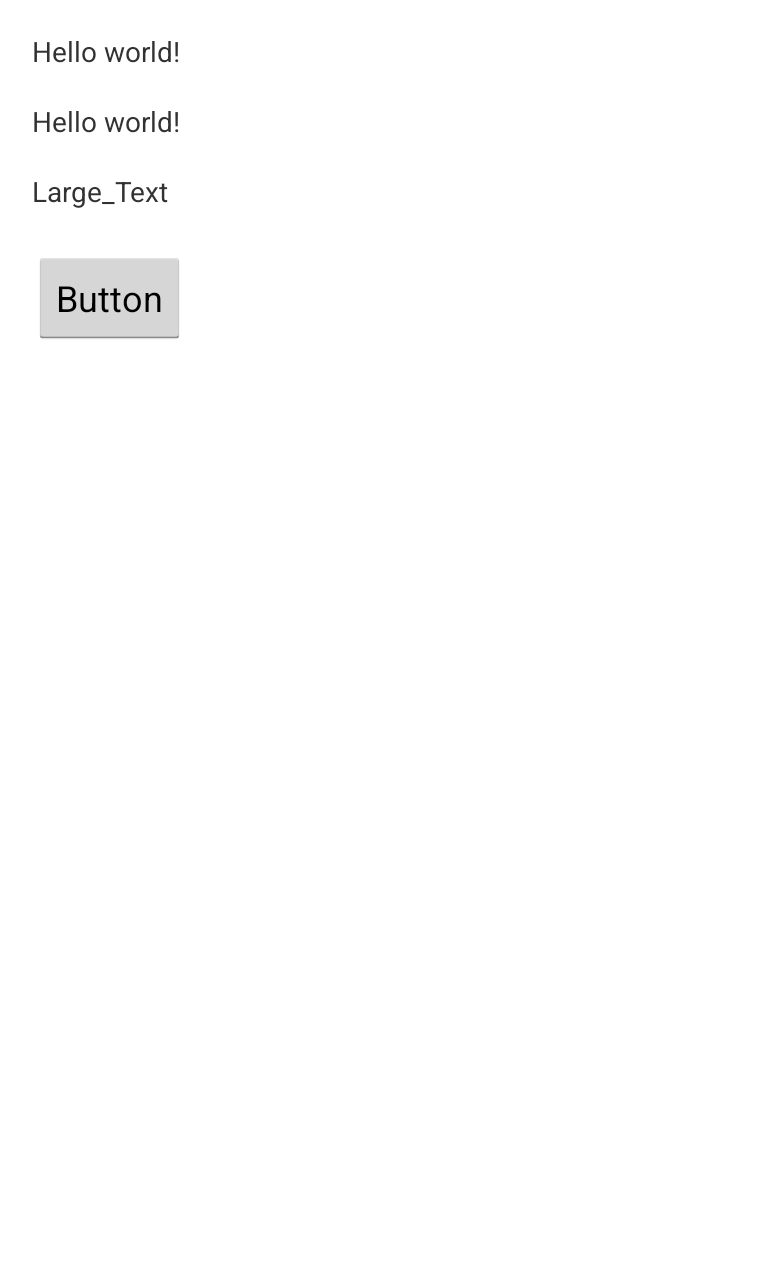
Repository: 729517723/AndroidProject
Layout: hello/res/layout/activity_main.xml
The author's editor kept a copy of each file at every save. The layout is drawn from the files as they stood at one save, then again after the next save.
It is drawn on a 768 x 1280 px phone screen (xhdpi) without system bars, with theme AppTheme; the app's code is not run.

Above is the layout before, as saved 2016-08-13 18:06:56.

After the next save:
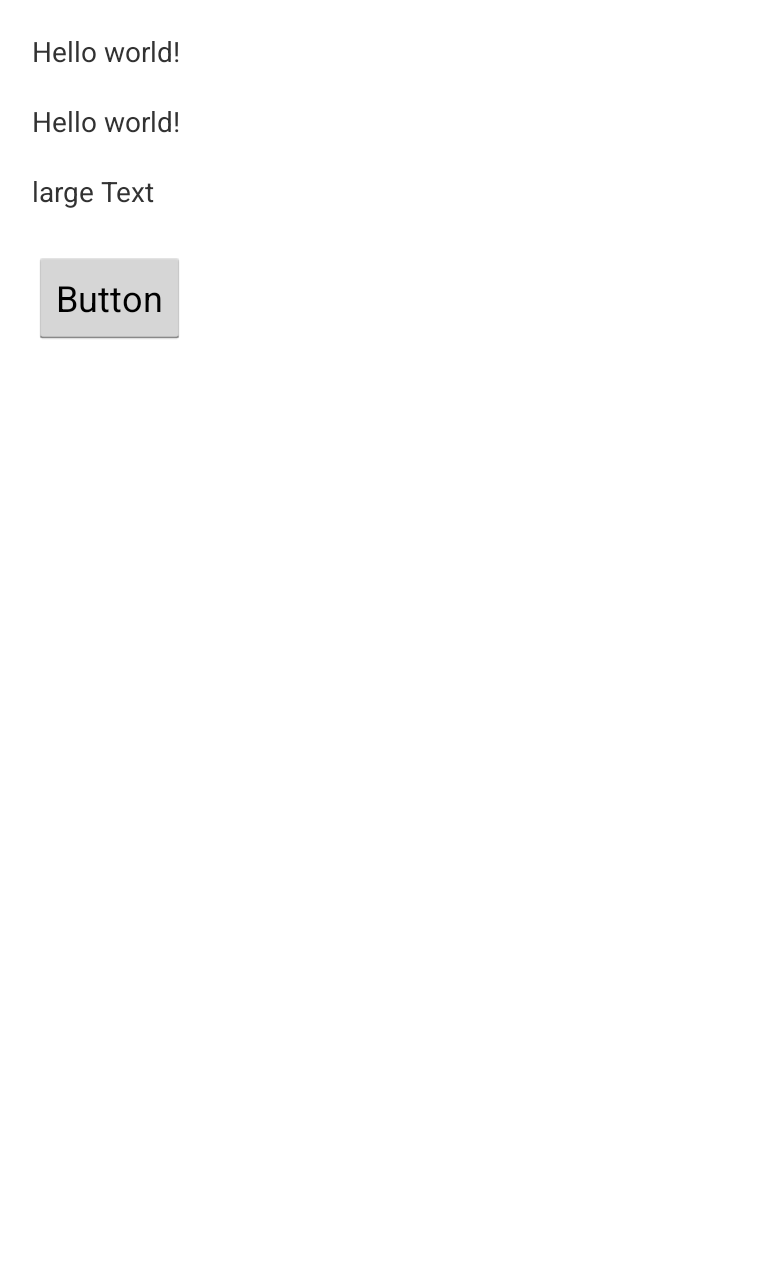
Saved 37 s later.
--- a/hello/res/layout/activity_main.xml
+++ b/hello/res/layout/activity_main.xml
@@ -31,7 +31,7 @@
         android:layout_alignLeft="@+id/textView9"
         android:layout_below="@+id/textView9"
         android:layout_marginTop="16dp"
-        android:text="Large_Text" />
+        android:text="@string/large_Text" />
 
     <Button
         android:id="@+id/button1"
